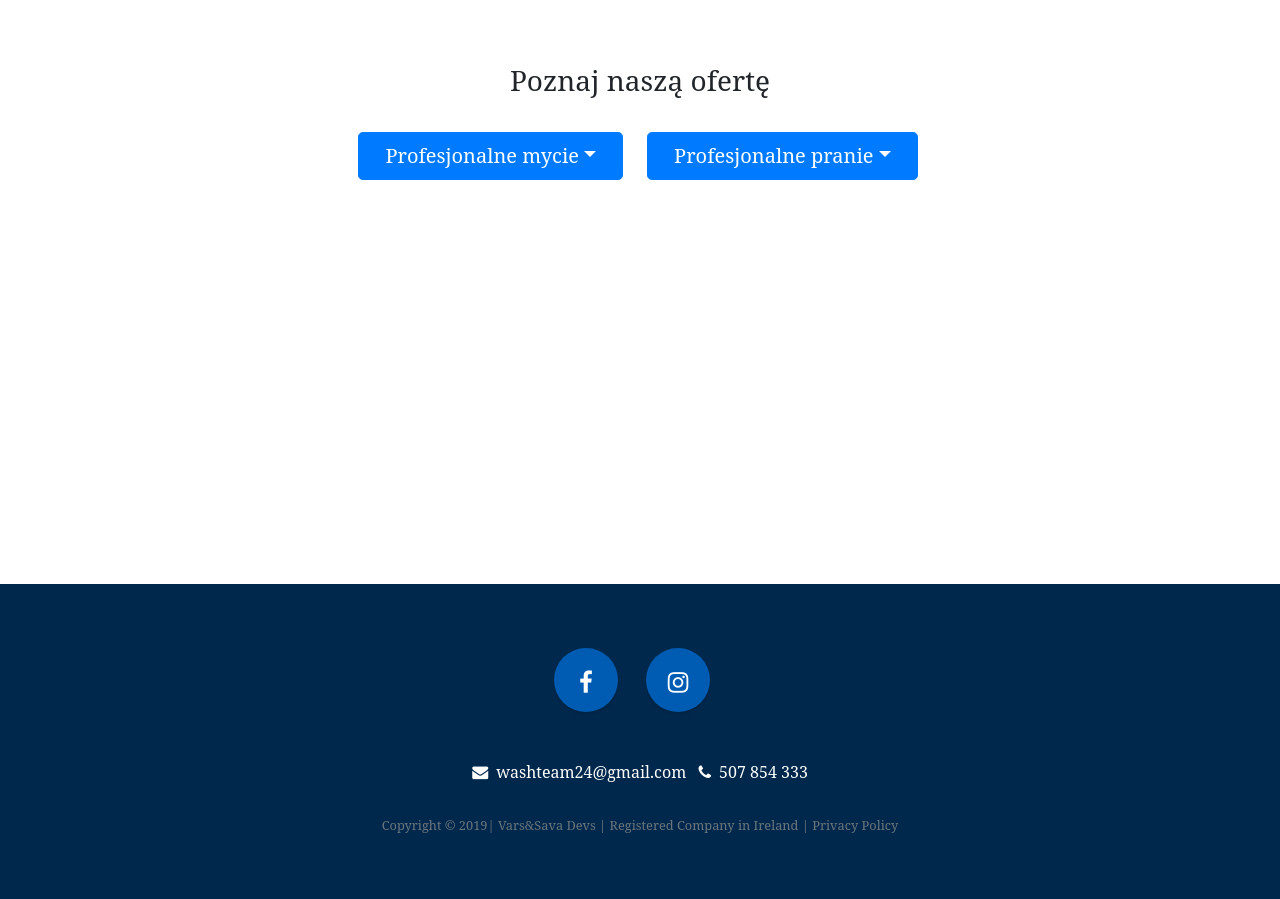
Repository: JustynaGrze/WashTeam
Page: cennik.html
The author's editor kept a record of every edit. The page is drawn from the files as they stood at one moment, then again after the next edit.
The browser window is 1280 px wide. The pictures show the part of the page from y = 274 to 1173 px (the page is 1173 px tall).

Above is the page before.

After the next edit:
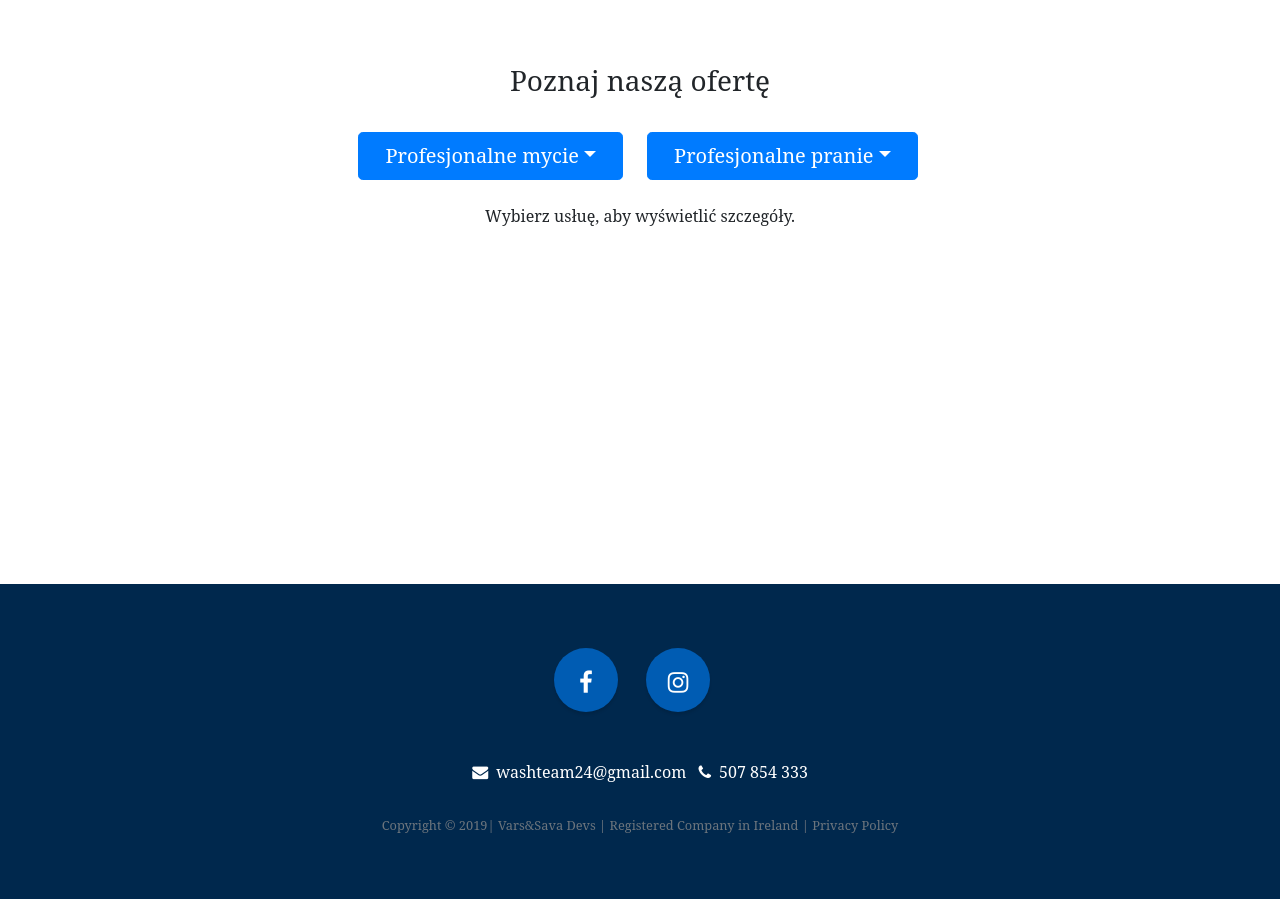
The edit:
--- a/cennik.html
+++ b/cennik.html
@@ -76,6 +76,7 @@
 
             </div>
             <div class="text-center mt-4 product-dispaly">
+                <p class="product-page" style="display: inline">Wybierz usłuę, aby wyświetlić szczegóły.</p>
                 <p class="product-page" id="product1">Pranie kostki brukowej: 1...</p>
                 <p class="product-page" id="product2">Pranie kostki brukowej: 2...</p>
                 <p class="product-page" id="product3">Pranie kostki brukowej: 3...</p>
